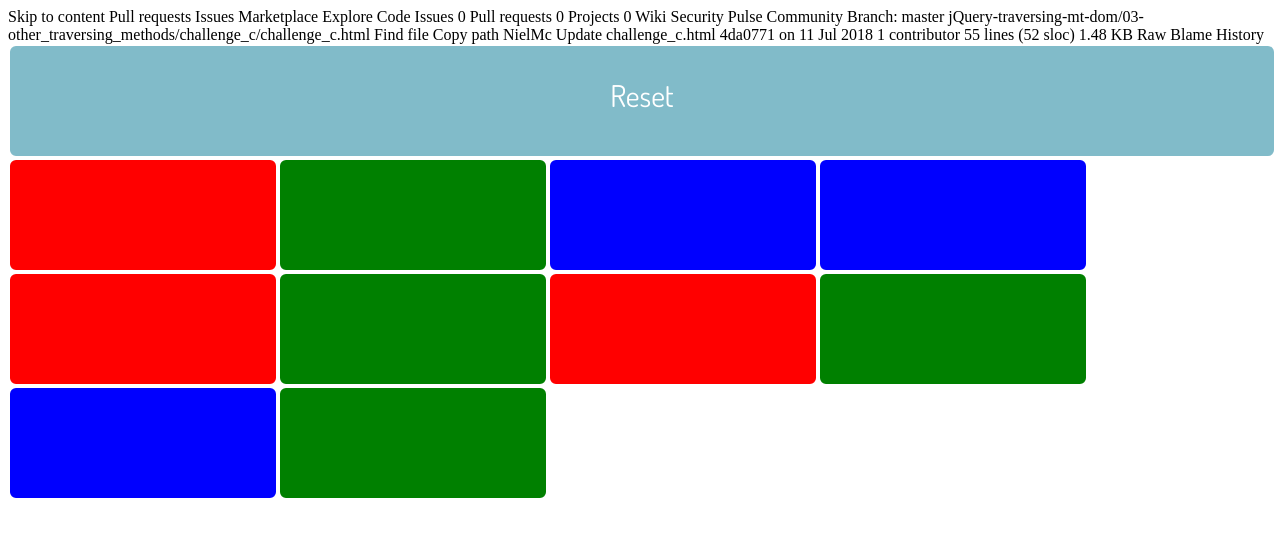
Repository: SOliv1/other-traversing-methods-3
Page: index.html
The author's editor kept a record of every edit. The page is drawn from the files as they stood at one moment, then again after the next edit.
The browser window is 1280 px wide. The pictures show the whole page.
Some web libraries are served in a nearby version.

Above is the page before.

After the next edit:
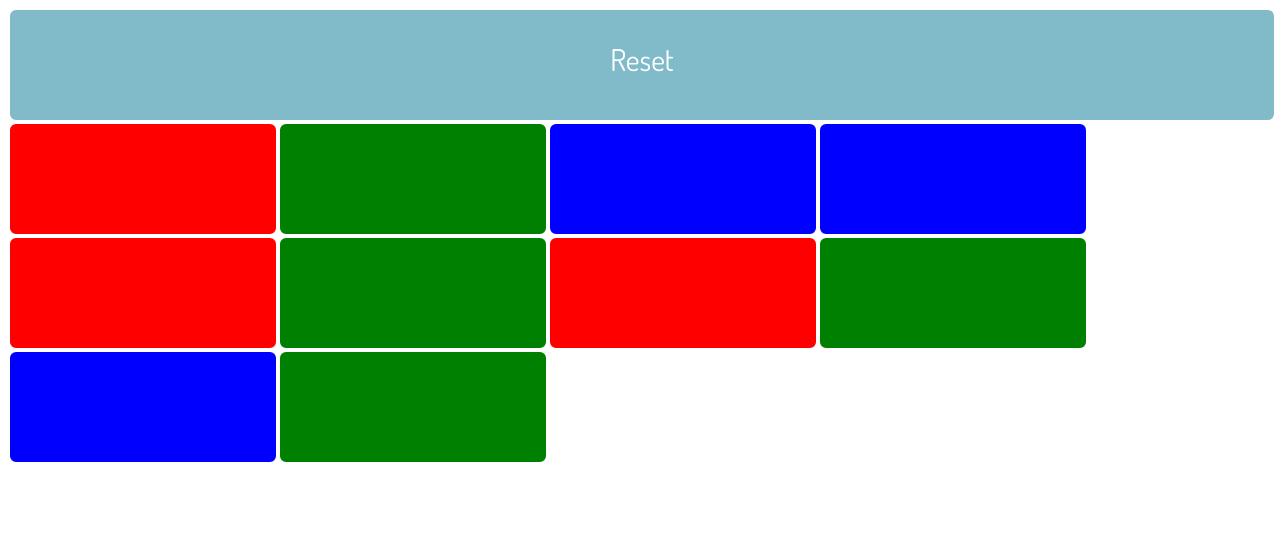
The edit:
--- a/index.html
+++ b/index.html
@@ -1,30 +1,3 @@
-Skip to content
-
-
-
-Pull requests
-Issues
-Marketplace
-Explore
-
-
-
-
-
-Code Issues 0 Pull requests 0 Projects 0 Wiki Security Pulse Community
-Branch: master
-jQuery-traversing-mt-dom/03-other_traversing_methods/challenge_c/challenge_c.html
-Find file
-Copy path
- NielMc Update challenge_c.html
-4da0771 on 11 Jul 2018
-1 contributor
-55 lines (52 sloc) 1.48 KB
-Raw
-Blame
-History
-
-
 <!DOCTYPE html>
 
 <html>
